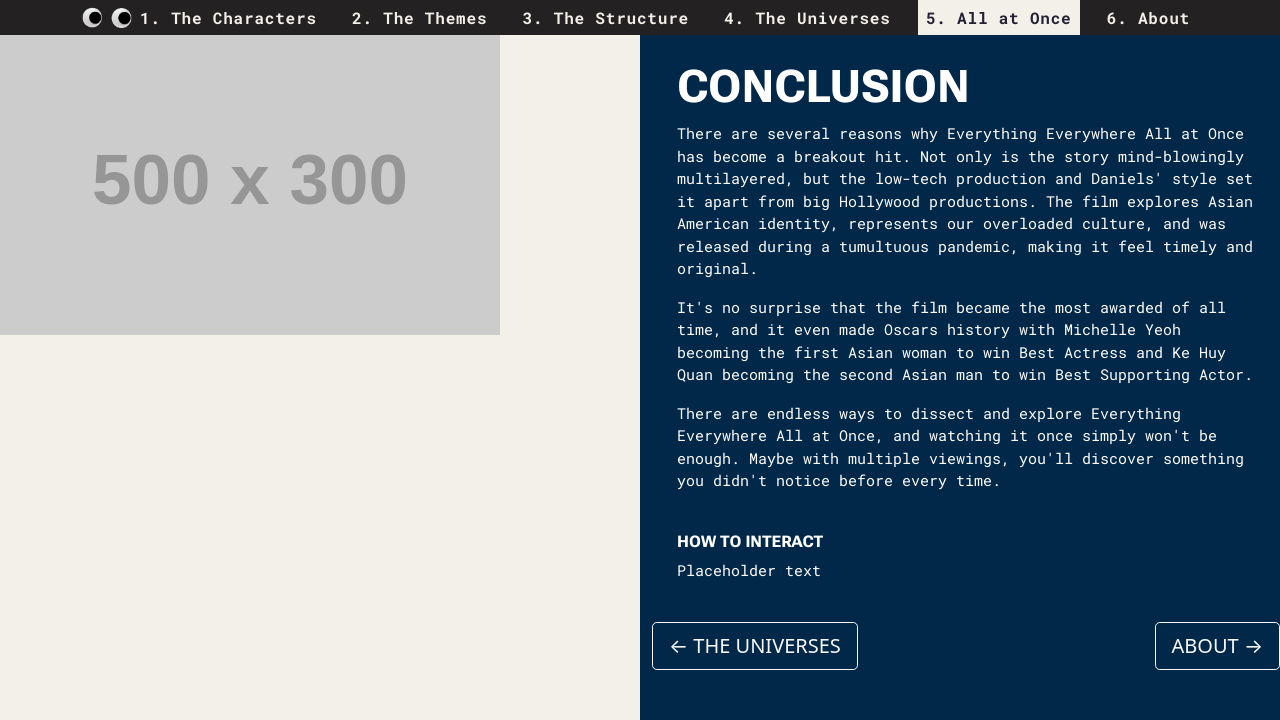
Repository: angelica-hom/msdv-thesis
Page: conclusion.html
The author's editor kept a record of every edit. The page is drawn from the files as they stood at one moment, then again after the next edit.
The browser window is 1280 px wide. The pictures show the whole page.

Above is the page before.

### conclusion.html
<!doctype html>
<html lang="en">
<head>
    <meta charset="utf-8">
    <meta name="viewport" content="width=device-width, initial-scale=1">
    <link href="https://cdn.jsdelivr.net/npm/bootstrap@5.1.3/dist/css/bootstrap.min.css" rel="stylesheet">
    <link href="once.css" rel="stylesheet">
    <title>Decoding Everything Everywhere All at Once</title>
</head>
<body>
    <nav class="navbar navbar-expand-lg navbar-custom">
        <div class="container">
            <a class="navbar-brand" href="index.html">
                <img src="images/Googly Eyes.png" alt="Decoding Everything Everywhere All at Once" height="50">
            </a>
            <div class="collapse navbar-collapse" id="navbarNav">
                <ul class="navbar-nav mx-auto">
                    <li class="nav-item">
                        <a class="nav-link" href="characters.html">1. The Characters</a>
                    </li>
                    <li class="nav-item">
                        <a class="nav-link" href="themes.html">2. The Themes</a>
                    </li>
                    <li class="nav-item">
                        <a class="nav-link" href="structure.html">3. The Structure</a>
                    </li>
                    <li class="nav-item">
                        <a class="nav-link" href="universes.html">4. The Universes</a>
                    </li>
                    <li class="nav-item">
                        <a class="nav-link btn-selected" href="once.html">5. All at Once</a>
                    </li>
                    <li class="nav-item">
                        <a class="nav-link" href="about.html">6. About</a>
                    </li>
                </ul>
            </div>
        </div>
    </nav>

    <div class="container-fluid">
        <div class="row">
            <div class="col-md-6 left-section">
                <img src="https://via.placeholder.com/500x300" alt="Static image" class="img-fluid">
            </div>
            <div class="col-md-6 d-flex flex-column justify-content-center right-section">
                <div id="content">
                    <h2><span class="bold">CONCLUSION</span></h2>
                    <!--<span class="subheading">PLACEHOLDER TEXT</span>-->
                    <br<br><p>There are several reasons why Everything Everywhere
                    All at Once has become a breakout hit. Not only is the story
                    mind-blowingly multilayered, but the low-tech production and
                    Daniels' style set it apart from big Hollywood productions.
                    The film explores Asian American identity, represents our
                    overloaded culture, and was released during a tumultuous
                    pandemic, making it feel timely and original.</p>
                    <p>It's no surprise that the film became the most awarded of
                    all time, and it even made Oscars history with Michelle Yeoh
                    becoming the first Asian woman to win Best Actress and Ke
                    Huy Quan becoming the second Asian man to win Best Supporting
                    Actor.</p>
                    <p>There are endless ways to dissect and explore Everything
                    Everywhere All at Once, and watching it once simply won't be
                    enough. Maybe with multiple viewings, you'll discover something
                    you didn't notice before every time.
</p>
                    <br><h3>HOW TO INTERACT</h3>
                    <p>Placeholder text</p>
                </div>
                <div class="nav-sticky-bottom">
                    <div class="d-flex justify-content-between">
                        <a href="universes.html" class="btn btn-outline-light btn-lg">← THE <span class="button-bold">UNIVERSES</span></a>
                        <a href="about.html" class="btn btn-outline-light btn-lg"><span class="button-bold">ABOUT →</span></a>
                    </div>
                </div>
            </div>
        </div>
    </div>

    <script src="once.js"></script>
    <script src="https://cdn.jsdelivr.net/npm/@popperjs/core@2.11.6/dist/umd/popper.min.js"></script>
    <script src="https://cdn.jsdelivr.net/npm/bootstrap@5.1.3/dist/js/bootstrap.min.js"></script>
</body>
</html>

### once.css
@import url('https://fonts.googleapis.com/css2?family=Roboto+Flex:wght@100;200;300;400;500;600;700;800;900;1000&display=swap');
@import url('https://fonts.googleapis.com/css2?family=Roboto+Mono:ital,wght@0,100;0,200;0,300;0,400;0,500;0,600;0,700;1,100;1,200;1,300;1,400;1,500;1,600;1,700&display=swap');

body, html {
    margin: 0;
    height: 100%;
    overflow-x: hidden;
}

.container-fluid {
    height: calc(100% - 35px); /* Subtract navbar height */
    padding: 0;
}

.row {
    height: 100%;
}

/* NAVBAR */
.navbar-custom {
    margin-bottom: 0;
    height: 35px;
    align-items: center; /* Center the navbar content vertically */
    background-color: #232122; /* New navbar background color */
    width: 100%; /* Make the navbar container wider */
    font-family: 'Roboto Mono', monospace; /* Specify the font family */
    font-weight: 700;
}

.navbar-custom .navbar-brand,
.navbar-custom .nav-link {
    color: #F3EFE9;
    padding: 0;
    line-height: 35px;
    font-size: 16px;
    letter-spacing: 0.05em;
    font-family: 'Roboto Mono', monospace;
    margin: 0; /* Add a margin to create more space between nav items */
}

.navbar-custom .navbar-nav {
    flex-grow: 1;
    display: flex;
    justify-content: space-between; /* Spread out the nav items */
}

.navbar-custom .nav-link:hover {
    color: #232122;
    background-color: #F3EFE9; /* New background color on hover */
}

/* Change the background-color and color for the "Characters" button */
.btn-selected {
    background-color: #F3EFE9 !important;
    color: #232133 !important;
}

/*a:focus, a:active, a:hover {*/
/*  outline: none;*/
/*  text-decoration: none;*/
  /*color: #F3EFE9; /* Set the desired color for the links */
/*}*/

/* Change the color of an inactive (unvisited) hyperlink */
a {
    color: #08BDBD; /* Replace with your desired color */
}

/* Change the color of a hyperlink when hovered over */
a:hover {
    color: #5A9; /* Replace with your desired color */
}

/* LEFT SECTION STYLE */
.left-section {
    background-color: #F3EFE9;
}

/* RIGHT SECTION STYLE */
.right-section {
    background-color: #012749;
    color: #FFF; /* Set text color to white for better contrast */
    justify-content: flex-start!important;
}

.right-section #content {
    padding: 25px;
}

.right-section #content h2 {
    font-family: 'Roboto Flex', sans-serif;
    font-style: normal;
    font-weight: 200;
    font-size: 45px;
}

.right-section #content .subheading {
    font-family: 'Roboto Flex', sans-serif;
    font-style: normal;
    font-weight: 800;
    font-size: 16px;
}

.right-section #content h3 {
    font-family: 'Roboto Flex', sans-serif;
    font-style: normal;
    font-weight: 800;
    font-size: 16px;
}

@media (max-width: 768px) {
  h2 {
    font-size: 28px;
  }
}

.right-section #content .bold {
    font-weight: 800;
}

.right-section #content p {
    font-family: 'Roboto Mono', monospace;
    font-style: normal;
    font-weight: 400;
    font-size: 15px;
}

/* VISUALIZATION */
.vertical-center {
  margin: 0;
  position: relative;
  top: 50%;
  -ms-transform: translateY(-50%);
  transform: translateY(-50%);
}

Loaded but not shown: once.js (no copy from this time; the picture is the same without it)

After the next edit:
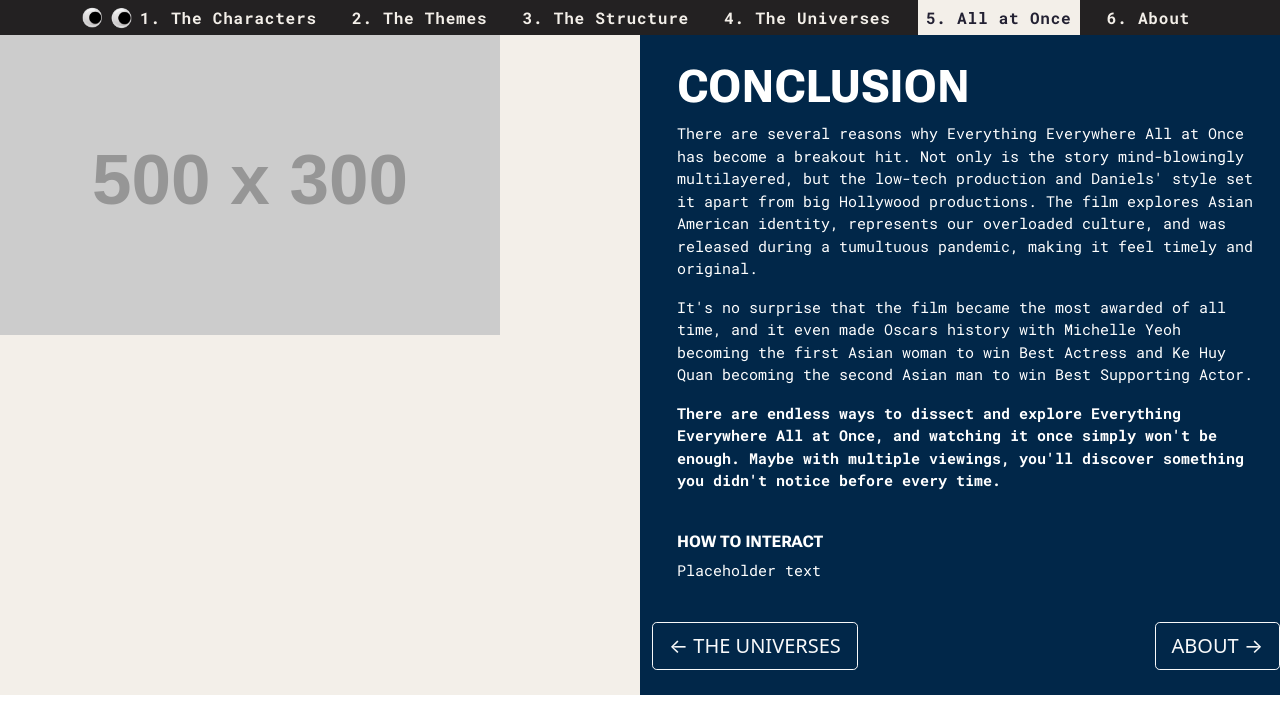
The edit:
--- a/conclusion.html
+++ b/conclusion.html
@@ -59,7 +59,7 @@
                     becoming the first Asian woman to win Best Actress and Ke
                     Huy Quan becoming the second Asian man to win Best Supporting
                     Actor.</p>
-                    <p>There are endless ways to dissect and explore Everything
+                    <p><b>There are endless ways to dissect and explore Everything
                     Everywhere All at Once, and watching it once simply won't be
                     enough. Maybe with multiple viewings, you'll discover something
                     you didn't notice before every time.

After the 2 edits that followed:
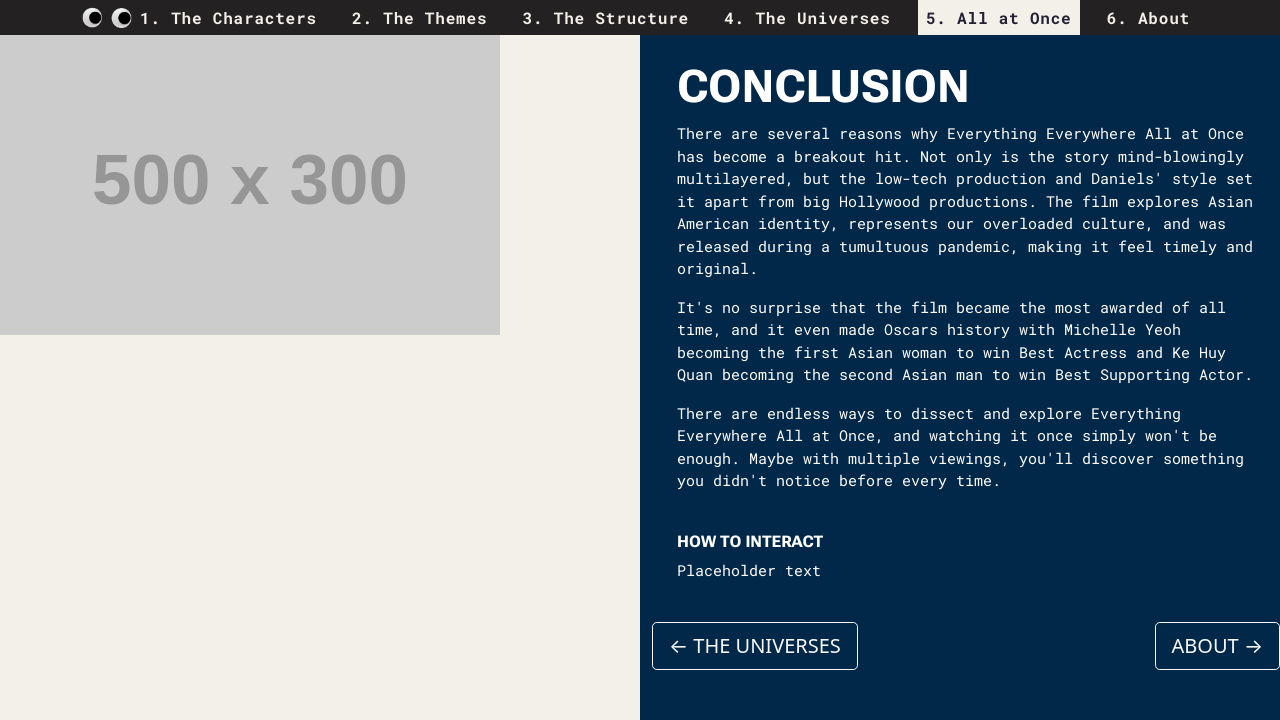
The 2 edits are shown as one change because 1 left the picture as it was.
The edit:
--- a/conclusion.html
+++ b/conclusion.html
@@ -59,11 +59,10 @@
                     becoming the first Asian woman to win Best Actress and Ke
                     Huy Quan becoming the second Asian man to win Best Supporting
                     Actor.</p>
-                    <p><b>There are endless ways to dissect and explore Everything
+                    <p>There are endless ways to dissect and explore Everything
                     Everywhere All at Once, and watching it once simply won't be
                     enough. Maybe with multiple viewings, you'll discover something
-                    you didn't notice before every time.
-</p>
+                    you didn't notice before every time.</p>
                     <br><h3>HOW TO INTERACT</h3>
                     <p>Placeholder text</p>
                 </div>
